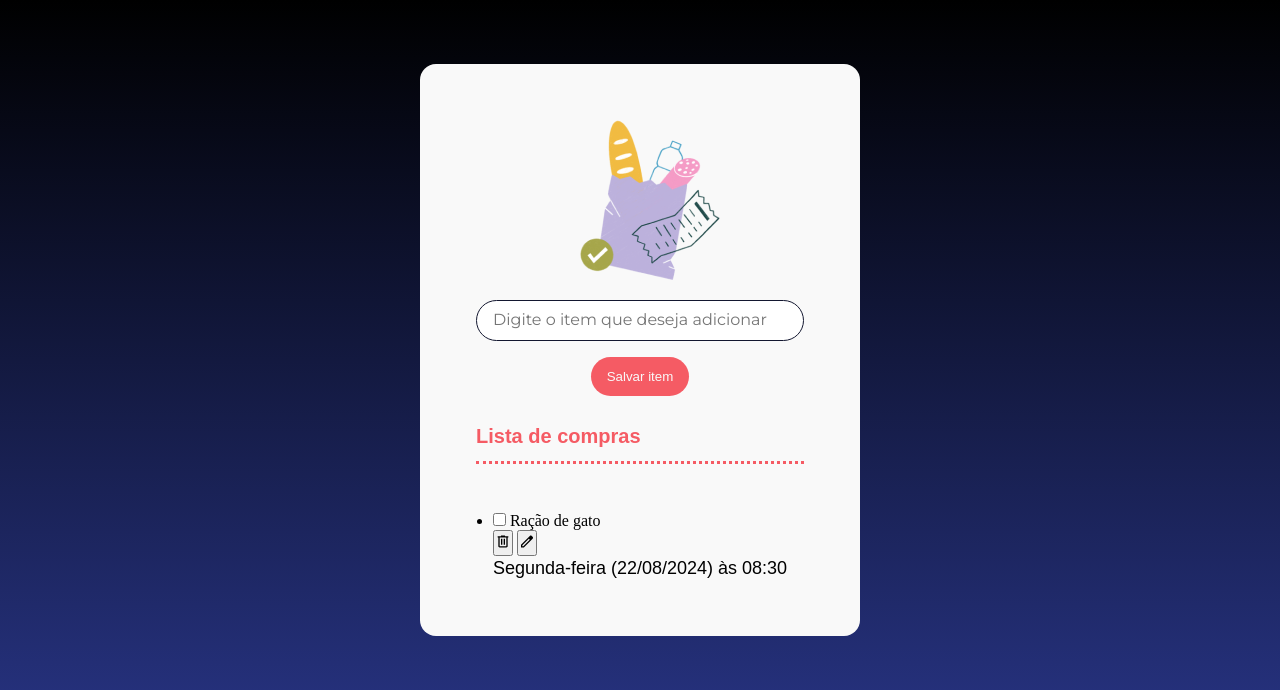
Repository: joaoPraiaJunior/compras_js
Page: index.html
These files come from the project's save history. The page is drawn as it stood at one moment and after the next save; the edit follows.
The browser window is 1280 px wide. The pictures show the whole page.
Some web fonts or font styles are not loaded; a fallback is used.

Above is the page before, as saved 2024-08-22 21:08:53.

### index.html
<!DOCTYPE html>
<html lang="pt-BR" dir="ltr">

<head>
    <meta charset="UTF-8">
    <meta name="viewport" content="width=device-width, initial-scale=1.0">
    <meta name="description" content="Lista de compras">
    <title>Lista de Compras</title>
    <link rel="preconnect" href="https://fonts.googleapis.com">
    <link rel="preconnect" href="https://fonts.gstatic.com" crossorigin>
    <link href="https://fonts.googleapis.com/css2?family=Krona+One&family=Montserrat&family=Numans&display=swap" rel="stylesheet">
    <link rel="stylesheet" href="./css/styles.css">
</head>

<body>
    <header>
        <img src="./img/bag.png" alt="sacola de compras">
    </header>
    <main>
        <form class="busca">
            <input class="busca__campo" type="search" name="busca" placeholder="Digite o item que deseja adicionar">
            <button class="busca__botao">Salvar item</button>
        </form>
        <h1>Lista de compras</h1>
        <hr>

        <ul>
            <li>
                <div>
                    <div>
                        <input type="checkbox" name="produto" id="racao_de_gato">
                        <label for="racao_de_gato">Ração de gato</label>
                    </div>
                    <div>
                        <button><img src="./img/delete.svg" alt="Deletar"></button>
                        <button><img src="./img/edit.svg" alt="Editar"></button>
                    </div>
                </div>
                <p>Segunda-feira (<time datetime="2024-08-22">22/08/2024</time>) às <time>08:30</time></p>
            </li>
        </ul>
    </main>
</body>

</html>

### css/styles.css
* {
    box-sizing: border-box;
    margin: 0;
    padding: 0;
}

html {
    font-size: 62.5%;
}

:root {
    --cor-primaria: #F55B64;
    --cor-secundaria: #C2373F;
    --neutro: #F9F9F9;
    --preto: #131730;
    --fonte-titulo: "Krona One", sans-serif;
    --fonte-texto: 'Numans', sans-serif;
    --degrade-azul: linear-gradient(180deg, #000000 0%, #26327F 100%);
}

body {
    display: flex;
    flex-direction: column;
    align-items: center;
    background: var(--degrade-azul);
    background-repeat: no-repeat;
    font-size: 1.6rem;
    height: 100vh;
}

header {
    text-align: center;
    margin-top: 6.4rem;
    background-color: var(--neutro);
    border-radius: 1.6rem 1.6rem 0 0;
    padding: 5.6rem 5.6rem 1.6rem 5.6rem;
    width: 44.0rem;

}

main {
    display: flex;
    flex-direction: column;
    align-items: center;
    gap: 2.4rem;
    background-color: var(--neutro);
    border-radius: 0 0 1.6rem 1.6rem;
    padding: 0 5.6rem 5.6rem 5.6rem;
    width: 44.0rem;
}

h1 {
    align-self: flex-start;
    font-family: var(--fonte-titulo);
    font-size: 2.0rem;
    color: var(--cor-primaria);
    line-height: 3.3rem;
}

hr {
    border: none;
    border-bottom: .3rem dotted var(--cor-primaria);
    margin-bottom: 2.4rem;
    width: 100%;
}

hr:empty {
    margin-top: calc(1.6rem * -1);
}

p {
    font-family: var(--fonte-texto);
    font-size: 1.8rem;
    font-weight: 400;
    text-align: left;
    line-height: 2.4rem;
}


.busca {
    display: flex;
    flex-direction: column;
    gap: 1.6rem;
    width: 100%;
}

.busca__campo {
    border: .1rem solid var(--preto);
    border-radius: 2.4rem;
    padding: 1.2rem 1.6rem;
}

.busca__campo::placeholder {
    font-family: "Montserrat", sans-serif;
    font-size: 1.6rem;
    line-height: 1.9rem;
}

.busca__botao {
    align-self: center;
    font-family: var(--fonte-texto);
    color: var(--neutro);
    background-color: var(--cor-primaria);
    border: none;
    border-radius: 2.4rem;
    padding: 1.2rem 1.6rem;
}

After the next save:
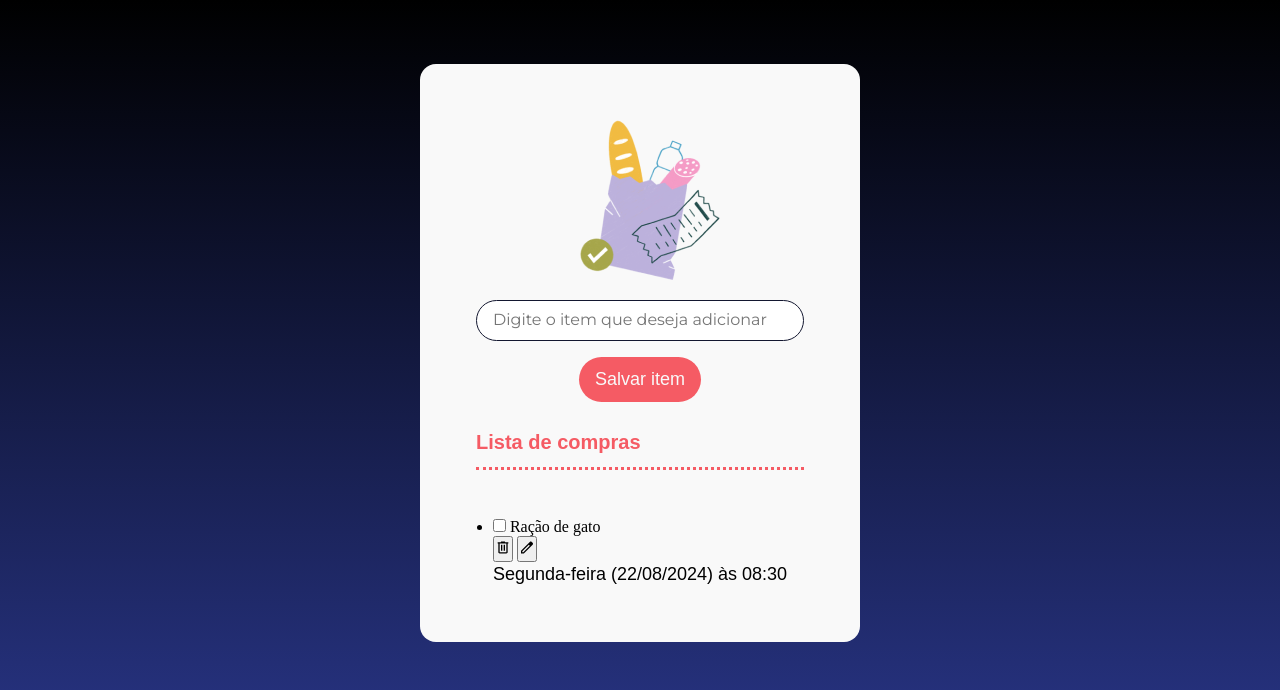
Saved 22 s later.
--- a/css/styles.css
+++ b/css/styles.css
@@ -99,6 +99,7 @@ p {
 .busca__botao {
     align-self: center;
     font-family: var(--fonte-texto);
+    font-size: 1.8rem;
     color: var(--neutro);
     background-color: var(--cor-primaria);
     border: none;
